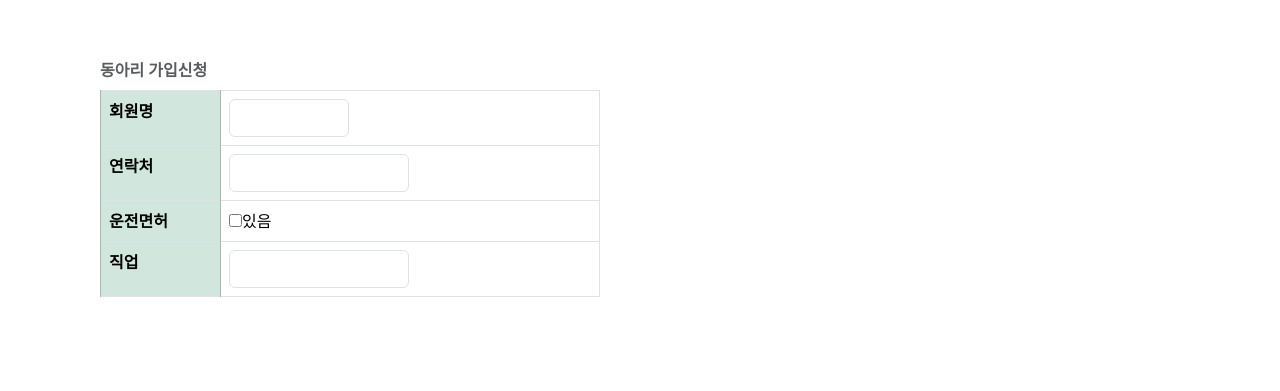
Repository: kim-gemma/JspStudy_hnkim
Page: http://localhost/JspCrudProject/member/addform.jsp
An editor plug-in stored every save of this project. The page is shown before and after the next save, followed by the edit.
The browser window is 1280 px wide. The pictures show the whole page.
Some web fonts or font styles are not loaded; a fallback is used. The page is served by Tomcat 9.

Above is the page before, as saved 2025-12-11 05:35:41.

After the next save:
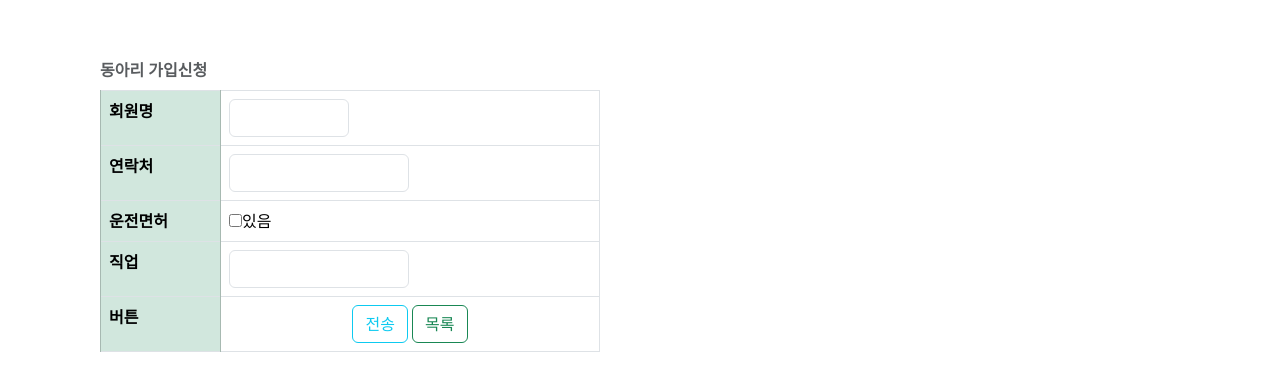
Saved 5 min 10 s later.
--- a/JspCrudProject/src/main/webapp/member/addform.jsp
+++ b/JspCrudProject/src/main/webapp/member/addform.jsp
@@ -41,6 +41,14 @@
 						required="required" style="width: 180px;">
 					</td>
 				</tr>
+				<tr>
+					<th width="120" class="table-success">버튼</th>
+					   <td colspan="2" align="center">
+			            <button type="submit" class="btn btn-outline-info">전송</button>
+			            <button type="button" class="btn btn-outline-success"
+			            onclick="location.href='memberlist.jsp'">목록</button>
+			          </td>
+				</tr>
 			</table>
 		</form>
 	</div>
